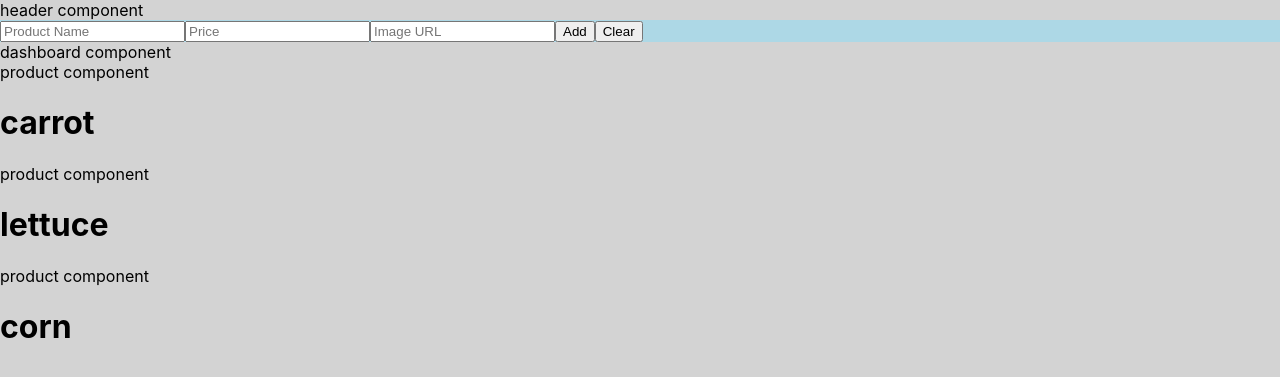
Repository: ooter37/shelfie
Page: /
The author's editor kept a copy of each file at every save. The page is drawn from the files as they stood at one save, then again after the next save.
The browser window is 1280 px wide. The pictures show the whole page.
The project was rebuilt for these pictures with package versions that can differ from the ones it lists, and the page was loaded fresh each time.

Above is the page before, as saved 2020-04-03 11:42:21.

### src/App.css
.App {
  height: 100vh;
  width: 100vw;
  background-color: lightgrey;
}

.form-component {
  background-color: lightblue;
}

### src/Components/Header/Header.js
import React from 'react'

export default class Header extends React.Component {
    // constructor() {
    //     super()
    // }
    render() {
        return (
            <div>header component</div>
        )
    }
}

### src/Components/Dashboard/Dashboard.js
import React from 'react'
import Product from '../Product/Product'

export default class Dashboard extends React.Component {
    constructor(props) {
        super(props)
    }
    render() {
        // console.log(this.props.inventory)
        const mappedInventory = this.props.inventory.map(elem => {
            return (
                <div key={elem.id}>
                <Product
                    product={elem.name}

                />
                </div>
            )
        })
        return (
            <div>
                dashboard component
                {mappedInventory}

            </div>
        )
    }
}

### src/Components/Form/Form.js
import React from 'react'

export default class Form extends React.Component {
    constructor() {
        super()
        this.state = {
            name: '',
            price: '',
            img: ''
        }
        this.nameChangeHandler = this.nameChangeHandler.bind(this)
        this.priceChangeHandler = this.priceChangeHandler.bind(this)
        this.imgChangeHandler = this.imgChangeHandler.bind(this)
        this.resetButton = this.resetButton.bind(this)
    }
    nameChangeHandler(e) {
        this.setState({
            name: e.target.value
        })
    }
    priceChangeHandler(e) {
        this.setState({
            price: e.target.value
        })
    }
    imgChangeHandler(e) {
        this.setState({
            img: e.target.value
        })
    }
    resetButton() {
        this.setState({
            name: '',
            price: 0,
            img: ''
        })
    }


    render() {
        console.log(this.state)
        return (
            <div className='form-component'>
                <input
                    name='productName'
                    value={this.state.name}
                    onChange={e => this.nameChangeHandler(e)}
                    placeholder='Product Name'
                    ></input>
                <input
                    name='producePrice'
                    value={this.state.price}
                    onChange={e => this.priceChangeHandler(e)}
                    placeholder='Price'
                ></input>
                <input
                    name='productImage'
                    value={this.state.img}
                    onChange={e => this.imgChangeHandler(e)}
                    placeholder='Image URL'
                ></input>
                <button>Add</button>
                <button
                    onClick={this.resetButton}
                >Clear</button>
            </div>
        )
    }
}

### src/Components/Product/Product.js
import React from 'react'

export default class Product extends React.Component {
    constructor(props) {
        super(props)
    }
    render() {
        console.log(this.props.productName)
        return (
            <div>product component
                <h1>{this.props.product}</h1>
            </div>
        )
    }
}

Loaded but not shown: public/index.html (common file); src/index.js (common file); src/index.css (common file); src/App.js (library); src/serviceWorker.js (common file)

After the next save:
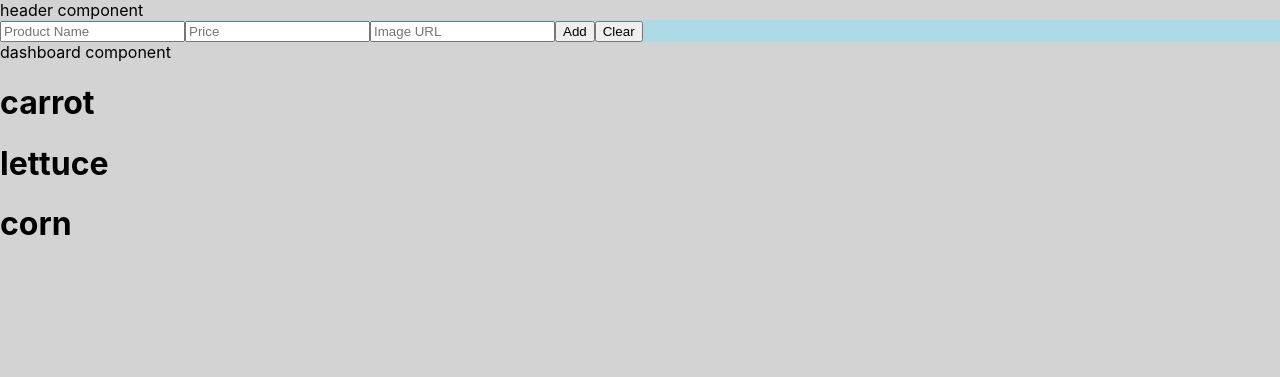
Saved 10 s later.
--- a/src/Components/Product/Product.js
+++ b/src/Components/Product/Product.js
@@ -7,7 +7,7 @@ export default class Product extends React.Component {
     render() {
         console.log(this.props.productName)
         return (
-            <div>product component
+            <div>
                 <h1>{this.props.product}</h1>
             </div>
         )
